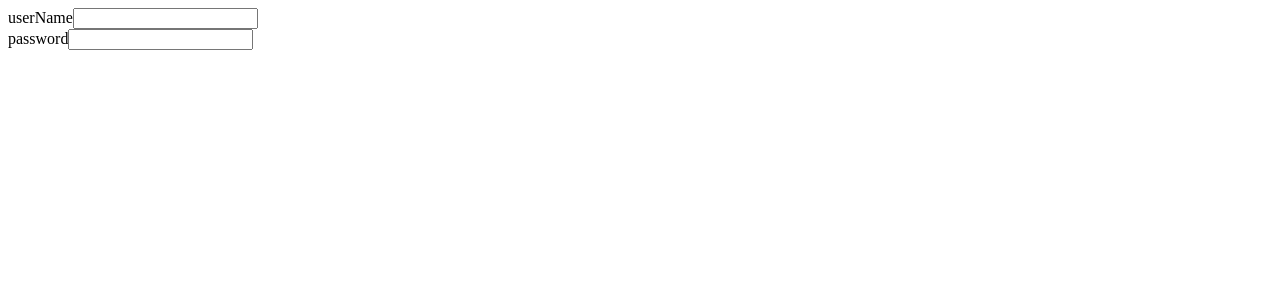
Repository: antonyraja1985/ServletEMS
Page: Webapp/src/main/webapp/register.html
The author's editor kept a copy of each file at every save. The page is drawn from the files as they stood at one save, then again after the next save.
The browser window is 1280 px wide. The pictures show the whole page.

Above is the page before, as saved 2024-05-24 06:36:39.

### Webapp/src/main/webapp/register.html
<!DOCTYPE html>
<html>
<head>
<meta charset="UTF-8">
<title>Insert title here</title>
</head>
<body>

<form>

userName<input type="text" name="username">
<br>
password<input type="password" name="password">

</form>

</body>
</html>

After the next save:
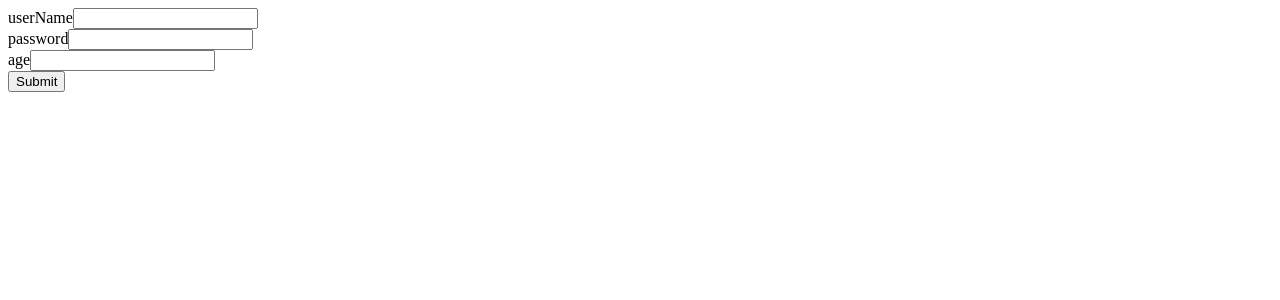
Saved 61 s later.
--- a/Webapp/src/main/webapp/register.html
+++ b/Webapp/src/main/webapp/register.html
@@ -11,6 +11,10 @@
 userName<input type="text" name="username">
 <br>
 password<input type="password" name="password">
+<br>
+age<input type="text" name="age">
+<br>
+<input type="submit">
 
 </form>
 
